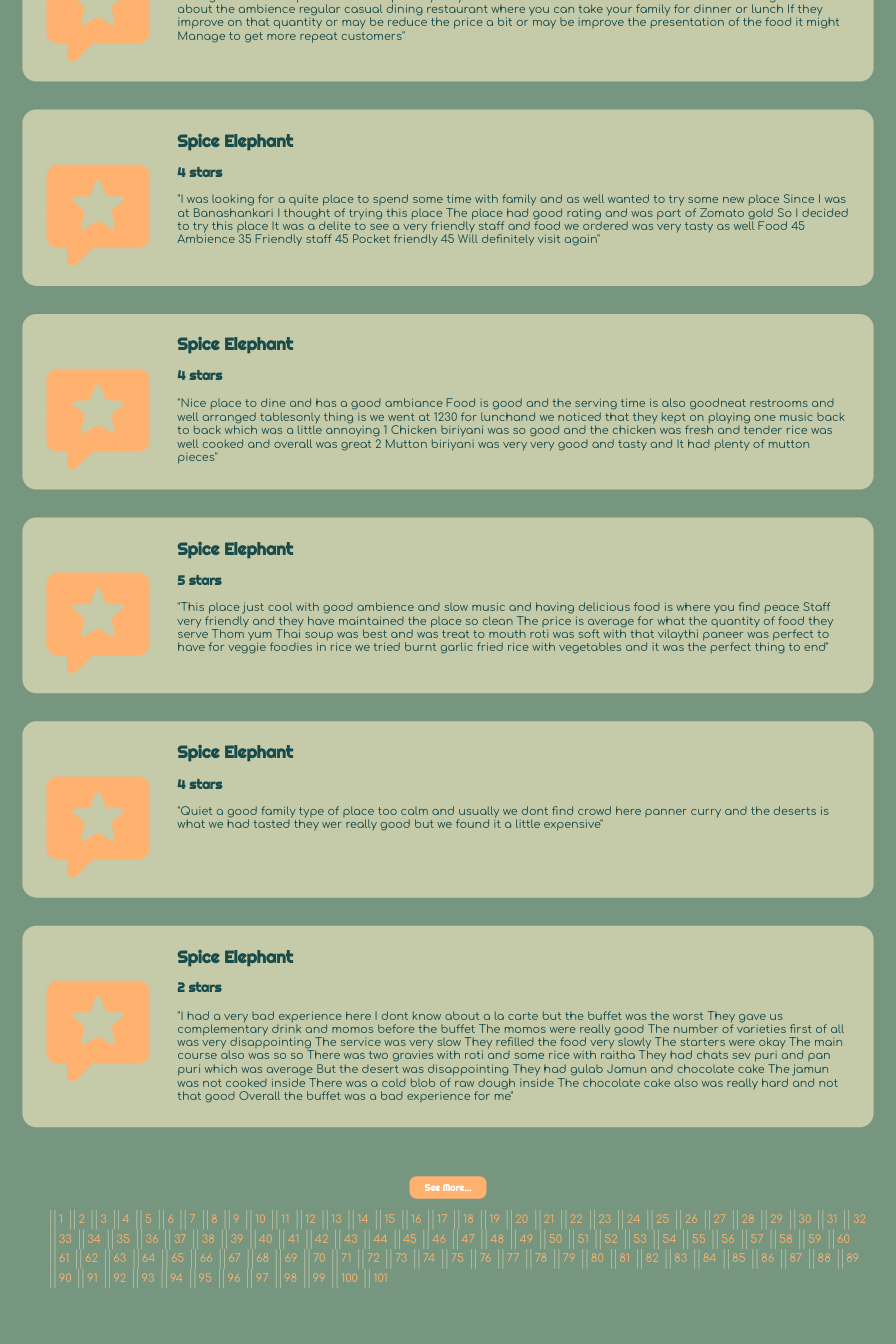
Repository: shaelorch/spillit
Page: /findASpot
The author's editor kept a copy of each file at every save. The page is drawn from the files as they stood at one save, then again after a run of saves.
The browser window is 1280 px wide. The pictures show the part of the page from y = 4349 to 6269 px (the page is 6269 px tall before and 6237 px after), at 70% of full size.
The project was rebuilt for these pictures with package versions that can differ from the ones it lists, and the page was loaded fresh each time. The framework's server and built-in components were replaced by stand-ins that run in the browser. Also part of the build but not shown: next.config.js, components/HeroCont.js, components/Button.js, components/Header.js, components/popMenu.js.

Above is the page before, as saved 2023-02-20 15:00:10.

### pages/findASpot.js
import Head from 'next/head'
import Image from 'next/image'
import HeroCont from '../components/HeroCont'
import styles from '../styles/Home.module.css'
import Button from '../components/Button'
import SubButton from '../components/SubButton'
import RevCard from '../components/reviewCard'
import Header from '../components/Header'
import TopBar from '../components/topBAr'
import reviews from '../data/reviews.json'
import { useEffect, useState } from 'react'
import react from 'react';
import Pagnation from '../components/Pagnation'



export default function Home() {
  const [data, setData] = useState([]);
  const [currentPage, setCurrentPage] = useState(1);
  const [postsPerPage, setPostsPerPage] = useState(20);

 useEffect(() => {
  setData(reviews);

 })

 function handleClick() {}

 const indexOfLastPost = currentPage * postsPerPage;
 const indexOfFirstPost = indexOfLastPost - postsPerPage;
 const currentPosts = reviews.slice(indexOfFirstPost, indexOfLastPost);

 const paginate = (pageNumber) => setCurrentPage(pageNumber);

  return (
    <div className={styles.container}>
      <Head>
        <title>Create Next App</title>
        <meta name="description" content="Generated by create next app" />
        <link rel="icon" href="/favicon.ico" />

      </Head>

     <TopBar/>

      <main className={styles.main}>
       <div style={{display:'flex', flexDirection:'column', alignItems:'center', width:"100%" }}>
        {
         data &&
          currentPosts.map( (rev, index) => {
            return (
              <RevCard
              key={index}
              name={rev.name}
              rating={`${rev.rating} stars`}
              review={`"${rev.review}"`}></RevCard>
            )
            })

        }
        <SubButton bttntxt='See More...' func={handleClick} />


        <div style={{width:'100%',height:'100%', display:'flex', justifyContent:'center', flexWrap:'wrap'}}>
          <Pagnation postsPerPage={postsPerPage} totalPosts={reviews.length} paginate={paginate}/>

        </div>


        </div>

      </main>


    </div>
  )
}

### styles/globals.css

@import url('https://fonts.googleapis.com/css2?family=Righteous&display=swap');
@import url('https://fonts.googleapis.com/css2?family=Comfortaa&family=Righteous&display=swap');



html,
body {
  padding: 0;
  margin: 0;
  font-family: -apple-system, BlinkMacSystemFont, Segoe UI, Roboto, Oxygen,
    Ubuntu, Cantarell, Fira Sans, Droid Sans, Helvetica Neue, sans-serif;
}

a {
  color: inherit;
  text-decoration: none;
}

* {
  box-sizing: border-box;
}

@media (prefers-color-scheme: dark) {
  html {
    color-scheme: dark;
  }
  body {
    color: white;
    background: black;
  }
}

### styles/Home.module.css
.container {
  padding: 0 2rem;
  background-color: #779680;
  width:100%;

}

.rotate {

  width:358;
  height:195;
  margin-top:-160;
  margin-Left:-40;
  animation:rotation 2s infinite linear;
}

.pag {
  list-style-type: none;
  border-left:1px solid #C5CAA9;
  color:#FFB16F;
  padding:5px;

}

.pagbar {
  display: flex;
  flex-direction: row;
  flex-wrap: wrap;

}

.main {
  min-height: 100vh;
  padding: 4rem 0;
  flex: 1;
  width:100%;
  background-color: #779680;
  display: flex;
  flex-direction: column;
  justify-content: center;
  align-items: center;
  font-family: 'Comfortaa', 'cursive';
}

.footer {
  display: flex;
  flex: 1;
  padding: 2rem 0;
  border-top: 1px solid #eaeaea;
  justify-content: center;
  align-items: center;
}

.footer a {
  display: flex;
  justify-content: center;
  align-items: center;
  flex-grow: 1;
}

.title a {
  color: #0070f3;
  text-decoration: none;
}

.title a:hover,
.title a:focus,
.title a:active {
  text-decoration: underline;
}

.title {
  margin: 0;
  line-height: 1.15;
  font-size: 4rem;
}

.title,
.description {
  text-align: center;
}

.description {
  margin: 4rem 0;
  line-height: 1.5;
  font-size: 1.5rem;
}

.code {
  background: #fafafa;
  border-radius: 5px;
  padding: 0.75rem;
  font-size: 1.1rem;
  font-family: Menlo, Monaco, Lucida Console, Liberation Mono, DejaVu Sans Mono,
    Bitstream Vera Sans Mono, Courier New, monospace;
}

.grid {
  display: flex;
  align-items: center;
  justify-content: center;
  flex-wrap: wrap;
  max-width: 800px;
}

.card {
  margin: 1rem;
  padding: 1.5rem;
  text-align: left;
  color: inherit;
  text-decoration: none;
  border: 1px solid #eaeaea;
  border-radius: 10px;
  transition: color 0.15s ease, border-color 0.15s ease;
  max-width: 300px;
}

.card:hover,
.card:focus,
.card:active {
  color: #0070f3;
  border-color: #0070f3;
}

.card h2 {
  margin: 0 0 1rem 0;
  font-size: 1.5rem;
}

.card p {
  margin: 0;
  font-size: 1.25rem;
  line-height: 1.5;
}

.logo {
  height: 1em;
  margin-left: 0.5rem;
}

@media (max-width: 600px) {
  .grid {
    width: 100%;
    flex-direction: column;
  }
}

@media (max-width: 414px) {
  .main {
    width:100%;


  }
}

@media (prefers-color-scheme: dark) {
  .card,
  .footer {
    border-color: #222;
  }
  .code {
    background: #111;
  }
  .logo img {
    filter: invert(1);
  }
}

### components/SubButton.js
import React from "react"

export default function SubButton({
    bttntxt="find your spot",
    func='function',
    postsPerPage, totalPosts, paginate,

}) {

    const pageNumbers = [];

    for(let i = 1; i<= Math.ceil(totalPosts / postsPerPage); i++) {
        pageNumbers.push(i);
    }


    return(
        <div style={{paddingTop:30}}>
             <button onClick={func}
             style={{display:'flex',
         backgroundColor:'#FFB16F',
          borderRadius:10, width:110,
           justifyContent:'center'
           , padding:8, alignContent:'center',
            color:'white', fontWeight:'bold',
            border:'transparent',
            fontFamily: 'Righteous, cursive'}}>{bttntxt}</button>
        </div>

    )
}

### components/reviewCard.js



export default function RevCard({
    name="restaurnt",
    rating="4.0",
    review="lalalala"
}) {

    return (<div style={{justifyContent:'center',display:'flex', backgroundColor:'#C5CAA9',  borderRadius:20, marginBottom:40, paddingRight:20, paddingBottom:8}}>

        <div style={{display:'flex', flexDirection:'row', height:'100%', padding:10}}>
            <img  style={{display:'flex', width:'15%', height:"15%", marginTop:"4%", marginLeft:10}} src="Popular.png"/>
            <div style={{lineHeight:1.2,paddingLeft:25, color:'#184B4B'}}>
                <h2 style={{fontFamily:'righteous, cursive'}}>{name}</h2>
                <h3 style={{fontFamily:'righteous, cursive'}}>{rating}</h3>
                <p>{review}</p>
            </div>
        </div>



    </div>

    )
}

### components/topBAr.js
import Link from "next/link"
import { useState } from "react"
import { GrClose } from 'react-icons/gr'
import PopMenu from "./popMenu";

export default function TopBar() {

    const [open, setOpen] = useState(false);

   const onClick = () => {
    setOpen (current => !current)
   };

    return (
        <><div style={{ display: 'flex', flexDirection: 'row', justifyContent: 'space-between', alignItems: 'center', backgroundColor: '#779680' }}>
            <Link href='/'>
                <h2 style={{ color: '#C5CAA9', fontFamily: 'righteous, cursive' }}>spill it</h2>
            </Link>
            <img
                onClick={onClick} style={{ height: 50, width: 50 }} src="menu.png" />
            {open ? <PopMenu/> : null}

        </div></>

            )
        }

### components/Pagnation.js
import React from "react";
import styles from '../styles/Home.module.css'

export default function Pagnation({ postsPerPage, totalPosts, paginate}){
    const pageNumbers = [];

    for(let i = 1; i<= Math.ceil(totalPosts / postsPerPage); i++) {
        pageNumbers.push(i);
    }

    return (
        <nav >
            <ul className={styles.pagbar}>
                {pageNumbers.map(number => (
                    <li key={number} className={styles.pag}>
                        <a onClick={() => paginate(number)} className={styles.pag}>
                            {number}
                        </a>
                    </li>
                ))}
            </ul>
        </nav>
    )
}

Loaded but not shown: pages/_app.js (common file); data/reviews.json (10022 lines, source omitted)

After the next 2 saves:
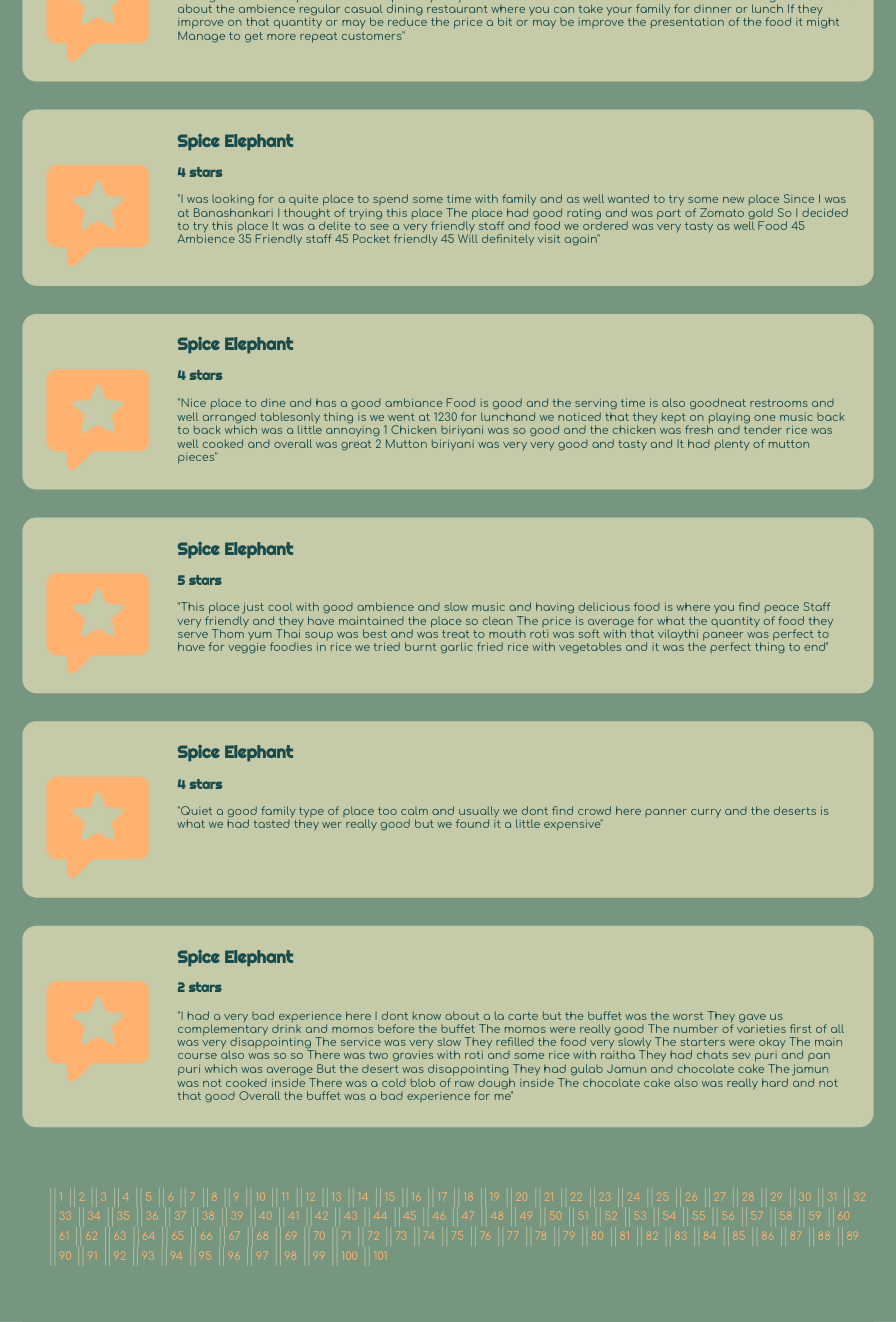
The 2 saves are shown as one change because 1 did not build or start.
The last was saved 4 min 53 s later.
--- a/components/SubButton.js
+++ b/components/SubButton.js
@@ -16,15 +16,26 @@
 
     return(
         <div style={{paddingTop:30}}>
-             <button onClick={func}
-             style={{display:'flex',
-         backgroundColor:'#FFB16F',
-          borderRadius:10, width:110,
-           justifyContent:'center'
-           , padding:8, alignContent:'center',
-            color:'white', fontWeight:'bold',
-            border:'transparent',
-            fontFamily: 'Righteous, cursive'}}>{bttntxt}</button>
+
+                {pageNumbers.map(number => (
+
+                        <a onClick={() => paginate(number)} className={styles.pag}>
+                            {number}
+
+                            <button key={number}
+                            onClick={func}
+                            style={{display:'flex',
+                            backgroundColor:'#FFB16F',
+                            borderRadius:10, width:110,
+                            justifyContent:'center'
+                            ,padding:8, alignContent:'center',
+                                color:'white', fontWeight:'bold',
+                                border:'transparent',
+                                fontFamily: 'Righteous, cursive'}}>{bttntxt}
+                                </button>
+                        </a>))}
+
+
         </div>
 
     )
